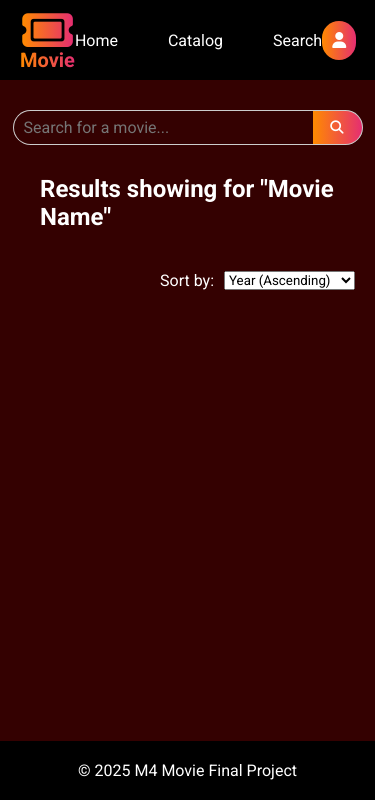
Repository: avivanguyen/m4_movie-FinalProject
Page: index.html
The author's editor kept a copy of each file at every save. The page is drawn from the files as they stood at one save, then again after a run of saves.
The browser window is 375 px wide. The pictures show the whole page.
Some web libraries are served in a nearby version.

Above is the page before, as saved 2025-12-30 08:06:34.

After the next 6 saves:
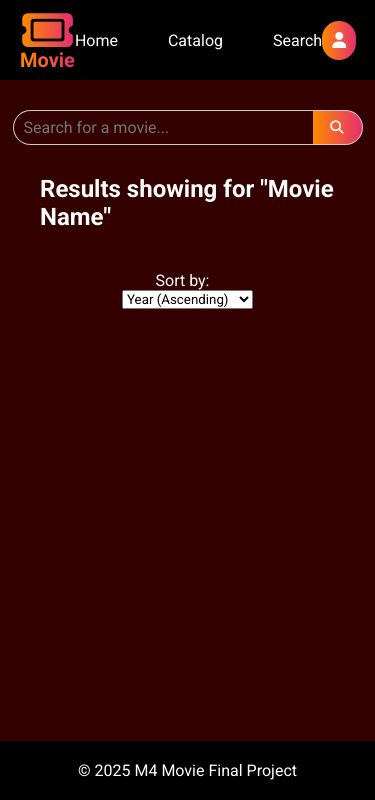
The 6 saves are shown as one change because they came seconds apart.
The last was saved 17 s later.
--- a/styles.css
+++ b/styles.css
@@ -363,7 +363,9 @@ RESPONSIVE STYLES
     .sort {
         margin-top: 10px;
         display: flex;
-
+        justify-content: center;
+        align-items: center;
+        flex-direction: column;
     }
 
     .movie-card {
